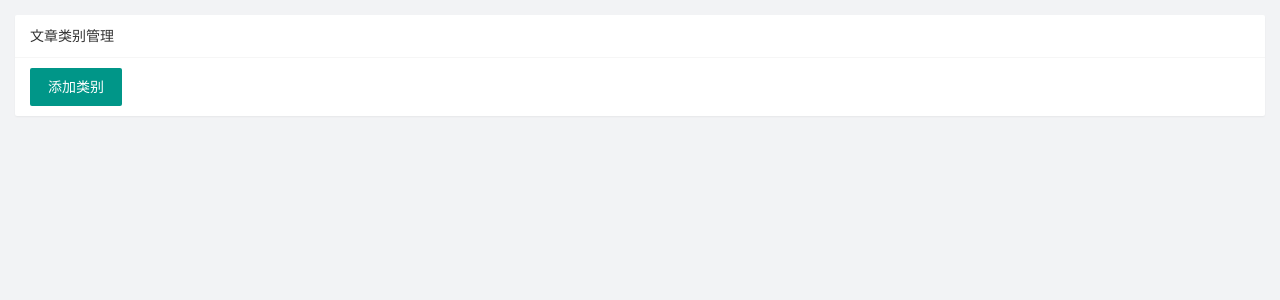
Repository: Janshen111/web_bigevent
Page: article/art_cate.html
An editor plug-in stored every save of this project. The page is shown before and after the next save, followed by the edit.
The browser window is 1280 px wide. The pictures show the whole page.

Above is the page before, as saved 2022-09-01 14:14:06.

### article/art_cate.html
<!DOCTYPE html>
<html lang="en">

<head>
    <meta charset="UTF-8">
    <meta http-equiv="X-UA-Compatible" content="IE=edge">
    <meta name="viewport" content="width=device-width, initial-scale=1.0">
    <title>Document</title>
    <link rel="stylesheet" href="/assets/lib/layui/css/layui.css">
    <link rel="stylesheet" href="/assets/css/article/art_cate.css">
</head>

<body>
    <!-- 卡片面板 -->
    <div class="layui-card">
        <div class="layui-card-header">
            <span>文章类别管理</span>
        </div>
        <div class="layui-card-body">
            <button type="button" class="layui-btn">添加类别</button>
        </div>
    </div>

</body>

</html>

Loaded but not shown: assets/lib/layui/css/layui.css (library); assets/css/article/art_cate.css (common file)

After the next save:
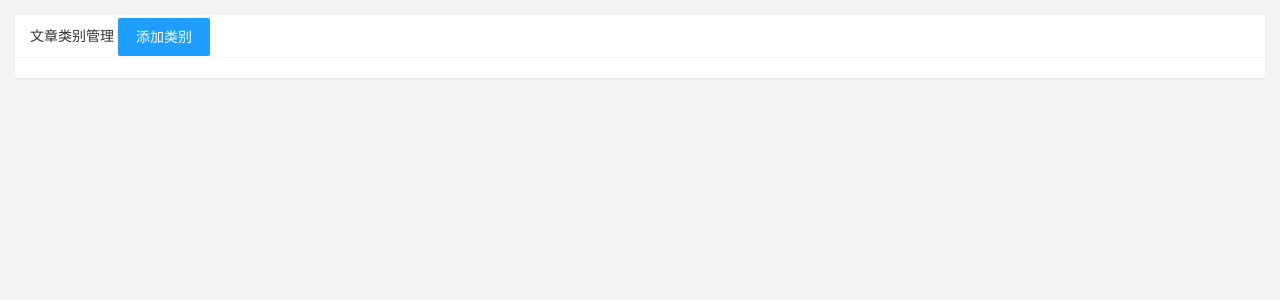
Saved 61 s later.
--- a/article/art_cate.html
+++ b/article/art_cate.html
@@ -15,9 +15,10 @@
     <div class="layui-card">
         <div class="layui-card-header">
             <span>文章类别管理</span>
+            <button type="button" class="layui-btn layui-btn-normal">添加类别</button>
         </div>
         <div class="layui-card-body">
-            <button type="button" class="layui-btn">添加类别</button>
+
         </div>
     </div>
 
